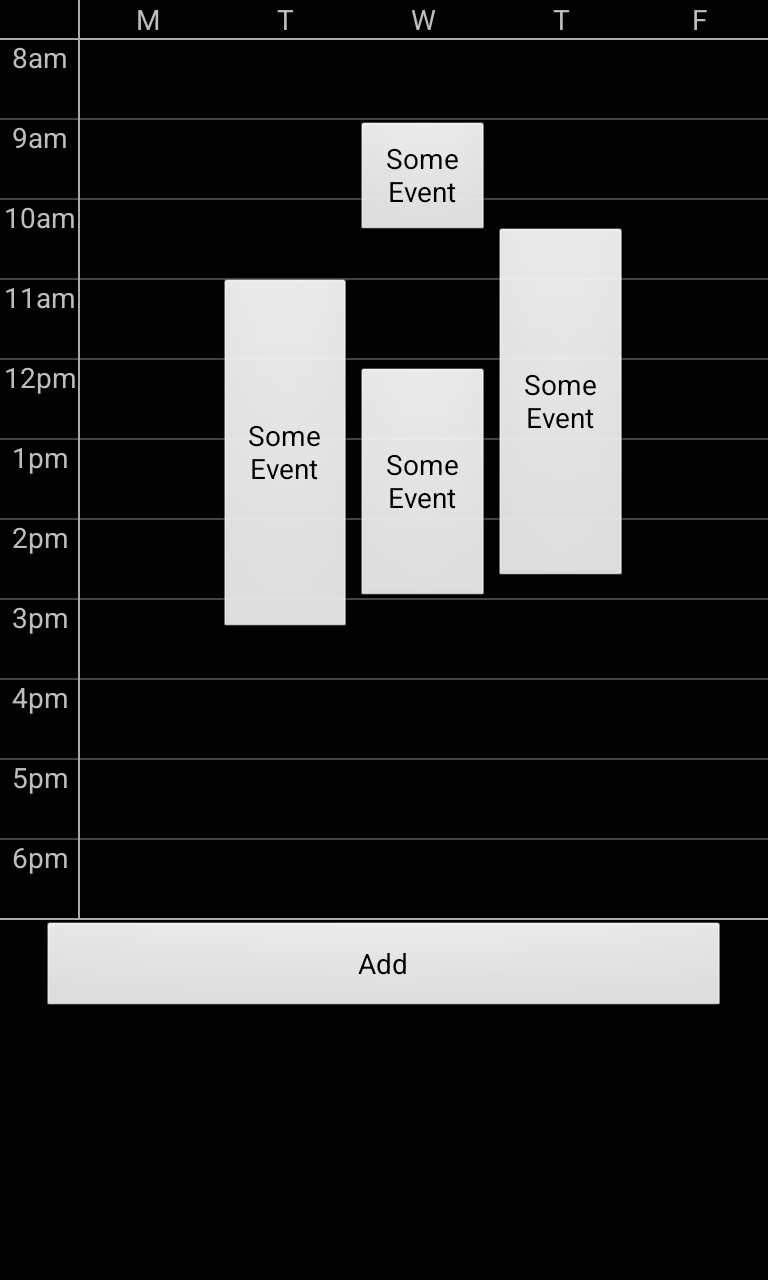
Repository: appsfactory/OfficeHours
Layout: OfficeHoursClient/res/layout/activity_schedule_view.xml
An editor plug-in stored every save of this project. The layout is shown before and after the next save, followed by the edit.
It is drawn on a 768 x 1280 px phone screen (xhdpi) without system bars, with theme AppTheme; the app's code is not run.

Above is the layout before, as saved 2012-09-27 17:44:42.

After the next save:
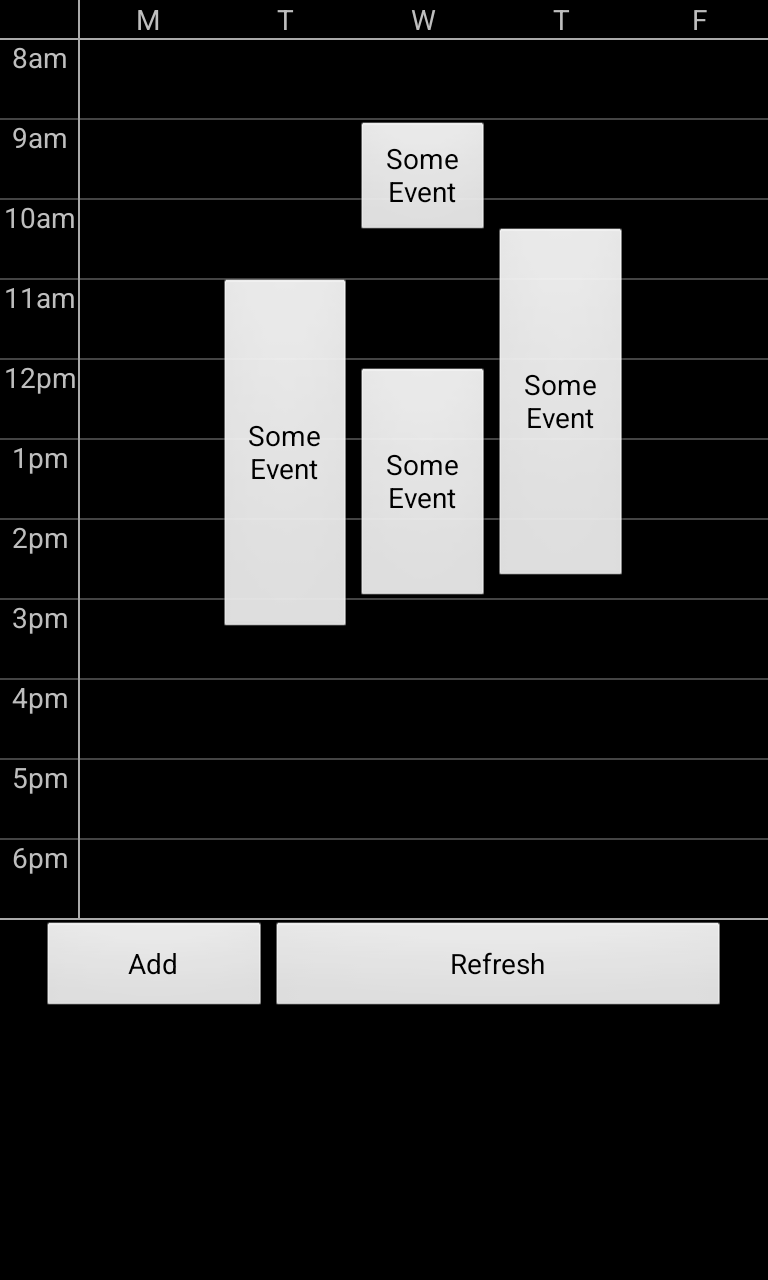
Saved 34 s later.
--- a/OfficeHoursClient/res/layout/activity_schedule_view.xml
+++ b/OfficeHoursClient/res/layout/activity_schedule_view.xml
@@ -331,6 +331,12 @@
             android:layout_height="fill_parent"
             android:layout_weight="1"
             android:text="Add" />
+        <Button
+            android:id="@+id/addbutton"
+            android:layout_width="0dp"
+            android:layout_height="fill_parent"
+            android:layout_weight="2"
+            android:text="Refresh" />
 
     </LinearLayout>
 
